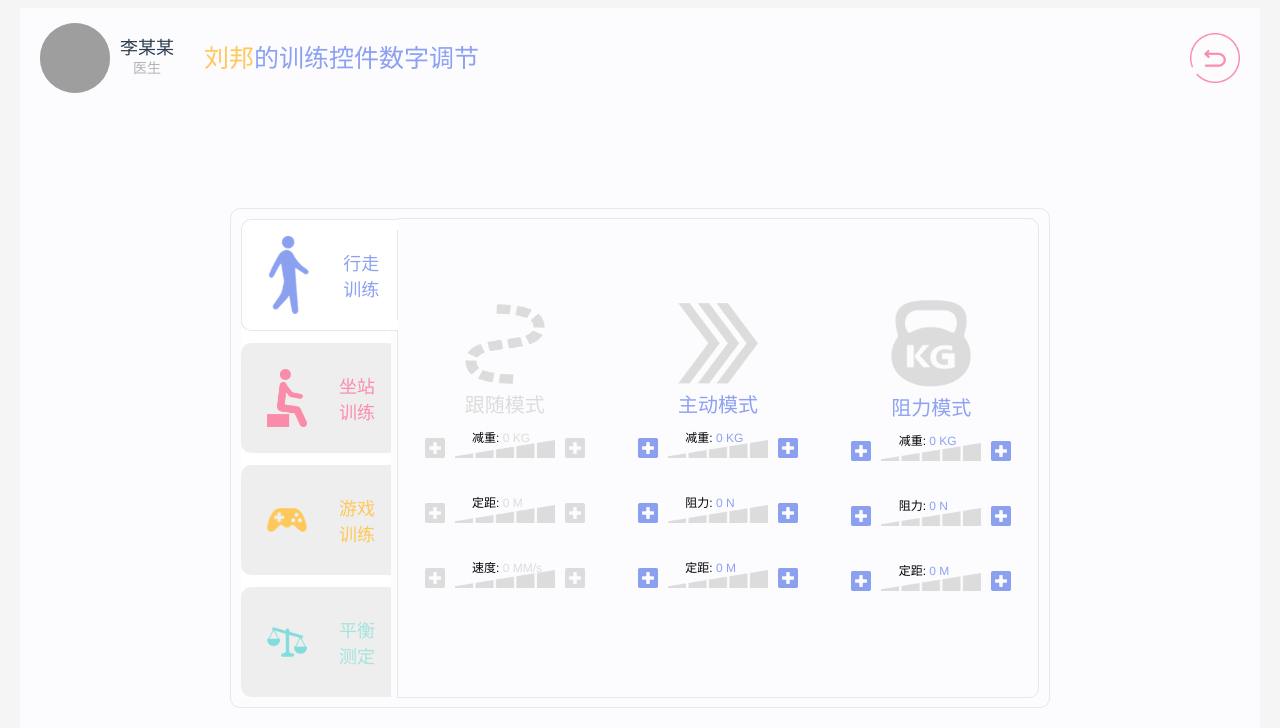
Repository: wangdanqing90/electron-vue-doctor
Page: /#/trainingAdjust
An editor plug-in stored every save of this project. The page is shown before and after the next save, followed by the edit.
The browser window is 1280 px wide. The pictures show the whole page.
Pictures or frames that could not be fetched are drawn as grey boxes. The project was rebuilt for these pictures with package versions that can differ from the ones it lists, and the page was loaded fresh each time. Also part of the build but not shown: vue.config.js, src/views/Home.vue, src/assets/styles/variable.scss, src/assets/styles/iconfont.css.

Above is the page before, as saved 2020-01-15 14:31:32.

After the next save:
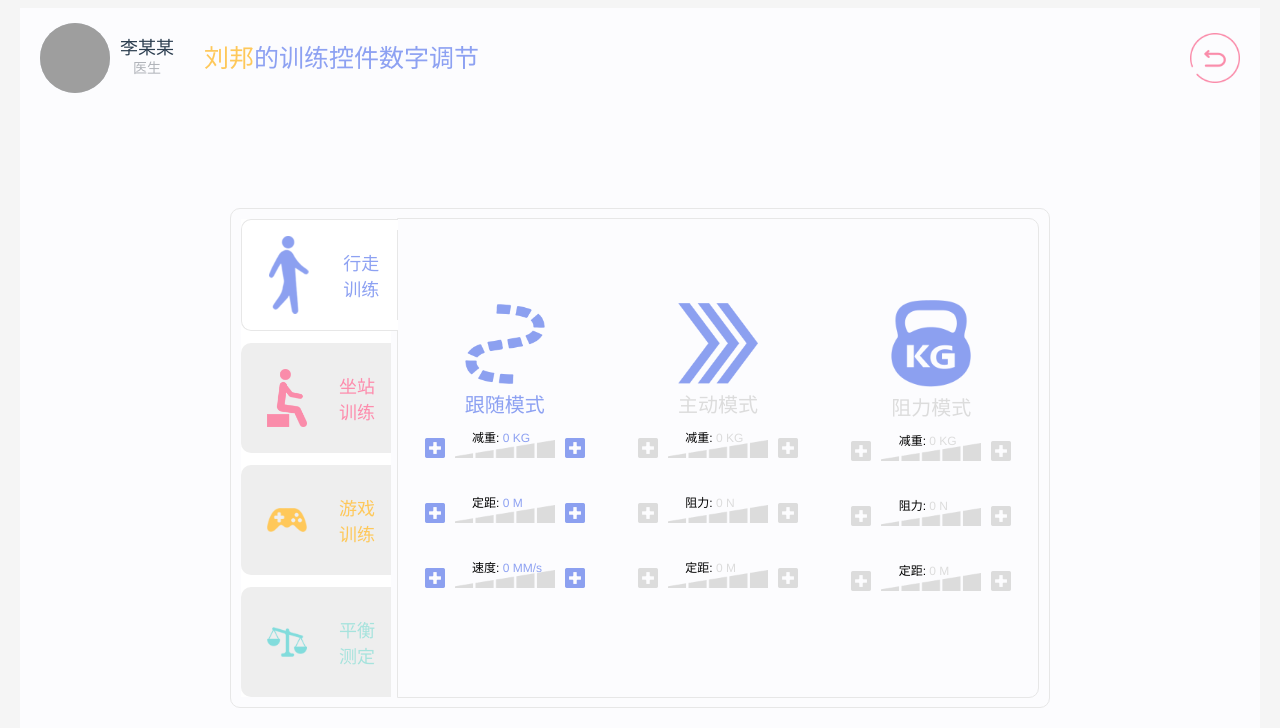
Saved 27 s later.
--- a/src/components/Adjust/AdjustContiner.vue
+++ b/src/components/Adjust/AdjustContiner.vue
@@ -47,7 +47,7 @@ export default {
         imgsrcGray: require("@/../images/followmode_2.png"),
         width: "120px",
         fontColor: "purpleFontColor",
-        disable: true,
+        disable: false,
         adjusts: [
           {
             name: "减重",
@@ -76,6 +76,7 @@ export default {
         imgsrcGray: require("@/../images/activemode_1.png"),
         width: "120px",
         fontColor: "purpleFontColor",
+        disable: true,
         adjusts: [
           {
             name: "减重",
@@ -104,6 +105,7 @@ export default {
         imgsrcGray: require("@/../images/resistancemode_1.png"),
         width: "120px",
         fontColor: "purpleFontColor",
+        disable: true,
         adjusts: [
           {
             name: "减重",
